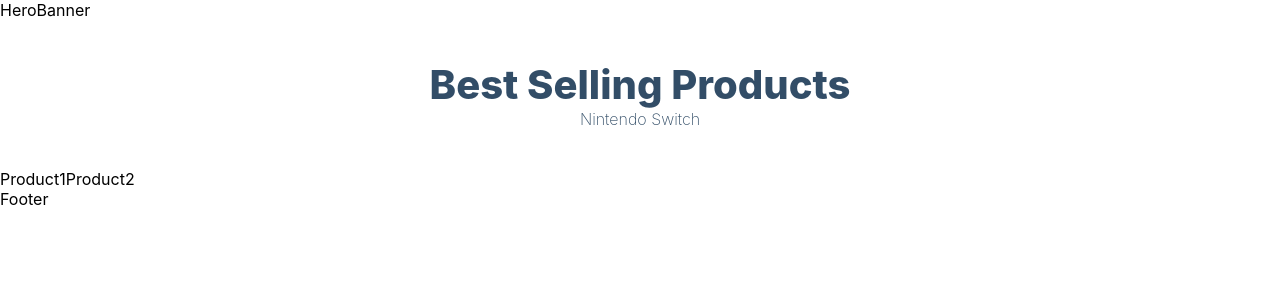
Repository: Josephdiaz99/ecomerceNextJS
Page: /
An editor plug-in stored every save of this project. The page is shown before and after the next save, followed by the edit.
The browser window is 1280 px wide. The pictures show the whole page.
The project was rebuilt for these pictures with package versions that can differ from the ones it lists, and the page was loaded fresh each time. The framework's server and built-in components were replaced by stand-ins that run in the browser. Also part of the build but not shown: next.config.js.

Above is the page before, as saved 2022-07-11 10:18:30.

After the next save:
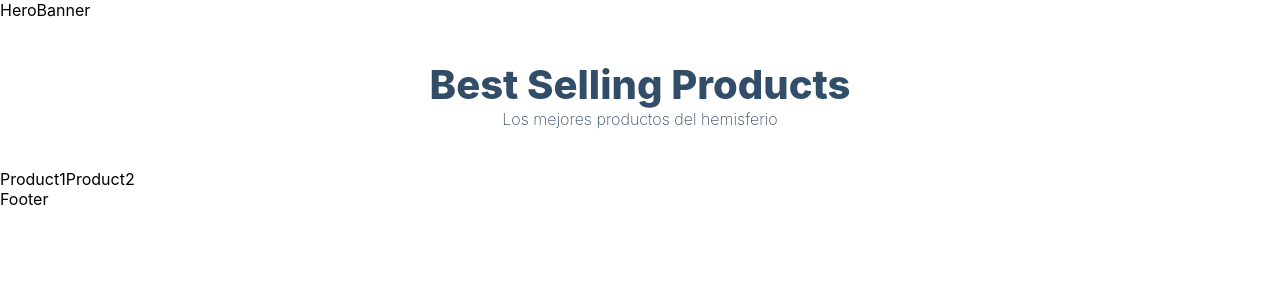
Saved 53 s later.
--- a/pages/index.js
+++ b/pages/index.js
@@ -8,10 +8,10 @@
 
       <div className='products-heading' >
         <h2>Best Selling Products</h2>
-        <p>Nintendo Switch</p>
+        <p>Los mejores productos del hemisferio</p>
       </div>
 
-      <div>
+      <div className='' >
        { ['Product1','Product2'].map((product)=>product)}
       </div>
 
